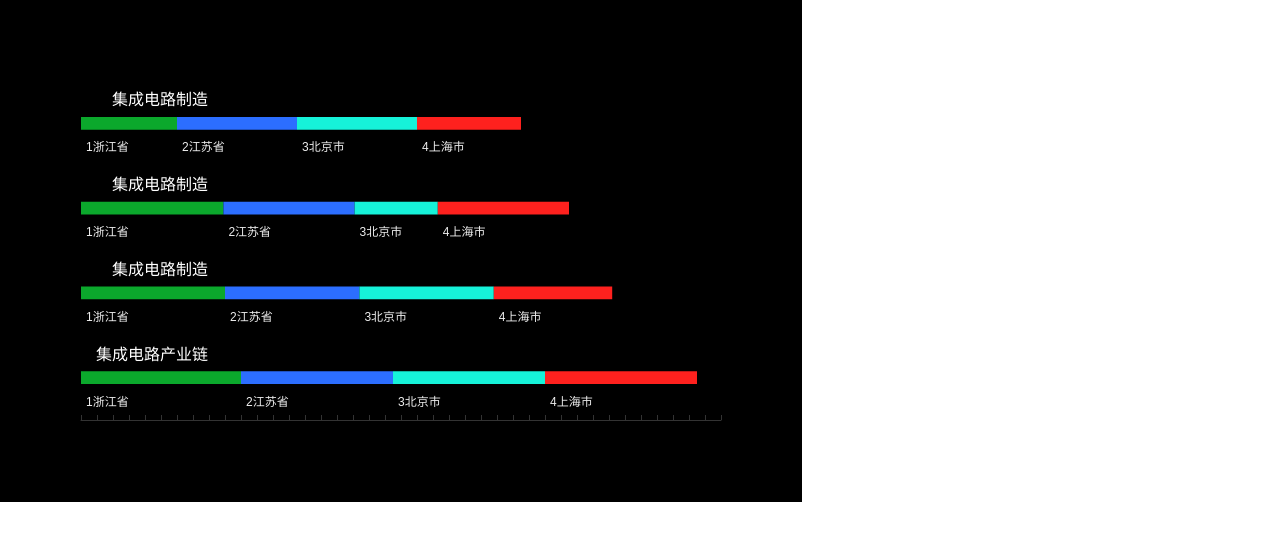
Repository: 572031690/echartproj
Page: /#/test
An editor plug-in stored every save of this project. The page is shown before and after a run of saves, followed by the edit.
The browser window is 1280 px wide. The pictures show the whole page.
The project was rebuilt for these pictures with package versions that can differ from the ones it lists, and the page was loaded fresh each time. Also part of the build but not shown: vue.config.js, src/components/Seller.vue, src/views/SellerPage.vue, src/utils/theme_utils.js, src/components/Trend.vue, src/views/TrendPage.vue, src/utils/map_utils.js, src/components/Map.vue and 9 more.

Above is the page before, as saved 2021-08-03 12:49:10.

### public/index.html
<!DOCTYPE html>
<html lang="en">
  <head>
    <meta charset="utf-8">
    <meta http-equiv="X-UA-Compatible" content="IE=edge">
    <meta name="viewport" content="width=device-width,initial-scale=1.0">
    <link rel="icon" href="<%= BASE_URL %>favicon.ico">
    <title><%= htmlWebpackPlugin.options.title %></title>
  </head>
  <body>
    <noscript>
      <strong>We're sorry but <%= htmlWebpackPlugin.options.title %> doesn't work properly without JavaScript enabled. Please enable it to continue.</strong>
    </noscript>
    <div id="app"></div>
    <!-- built files will be auto injected -->
    <!-- 一旦通过script标签引入的echarts.js的文件之后呢, window.echarts -->
    <script src="static/lib/echarts.min.js"></script>
    <!-- 引入主题的js文件 -->
    <script src="static/theme/chalk.js"></script>
    <script src="static/theme/vintage.js"></script>
  </body>
</html>

### src/main.js
import Vue from 'vue'
import App from './App.vue'
import router from './router'
import store from './store'
// 引入字体的文件
import './assets/font/iconfont.css'
// 引入全局的样式文件
import './assets/css/global.less'
import axios from 'axios'
import SocketService from './utils/socket_service'

// 调用socket **********
// import SocketService from '@/utils/socket_service'
// 对服务端进行webSocket连接 *********
// SocketService.Instance.connect()
// Vue.prototype.$socket = SocketService.Instance

// 请求基准路径的配置
axios.defaults.baseURL = 'http://127.0.0.1:8888/api/'
// 将axios挂载到Vue的原型对象上
// 在别的组件中 this.$http
Vue.prototype.$http = axios

// 将全局的echarts对象挂载到Vue的原型对象上
// 别的组件中 this.$echarts
Vue.prototype.$echarts = window.echarts

Vue.config.productionTip = false

new Vue({
  router,
  store,
  render: h => h(App)
}).$mount('#app')

### src/App.vue
<template>
  <div id="app">
    <!-- 路由占位符 -->
    <router-view></router-view>
  </div>
</template>

<style lang="less">

</style>

### src/router/index.js
import Vue from 'vue'
import VueRouter from 'vue-router'
import SellerPage from '@/views/SellerPage'
import TrendPage from '@/views/TrendPage'
import MapPage from '@/views/MapPage'
import RankPage from '@/views/RankPage'
import HotPage from '@/views/HotPage'
import StockPage from '@/views/StockPage'
import Test from '../components/Test.vue'
import ScreenPage from '@/views/ScreenPage'

Vue.use(VueRouter)

const routes = [
  {
    path: '/',
    redirect: '/screen'
  },
  {
    path: '/screen',
    component: ScreenPage
  },
  {
    path: '/sellerpage',
    component: SellerPage
  },
  {
    path: '/trendpage',
    component: TrendPage
  },
  {
    path: '/mappage',
    component: MapPage
  },
  {
    path: '/rankpage',
    component: RankPage
  },
  {
    path: '/hotpage',
    component: HotPage
  },
  {
    path: '/stockpage',
    component: StockPage
  },
  {
    path: '/test',
    component: Test
  }

]

const router = new VueRouter({
  routes
})

export default router

### src/store/index.js
import Vue from 'vue'
import Vuex from 'vuex'

Vue.use(Vuex)

export default new Vuex.Store({
  state: {
    theme: 'chalk'
  },
  mutations: {
    changeTheme (state) {
      if(state.theme === 'chalk'){
        state.theme = 'vintage'
      }else{
        state.theme = 'chalk'
      }
    }
  },
  actions: {
  },
  modules: {
  }
})

### src/assets/css/global.less
html, body, #app {
  width: 100%;
  height: 100%;
  padding: 0;
  margin: 0;
  overflow: hidden;
}

.com-page {
  width: 100%;
  height: 100%;
  overflow: hidden;
}

.com-container {
  width: 100%;
  height: 100%;
  overflow: hidden;
  position: relative;
}

.com-chart {
  width: 100%;
  height: 100%;
  overflow: hidden;
}

canvas {
  border-radius: 20px;
}

/*无法选中图片文字方法*/
span,div,img{
  user-select:none;
}

### src/utils/socket_service.js
export default class SocketService {
    // 单例的设计模式
    //如果别人通过get Instance 来的到我的实例对象 那我只会给他返回同一个实例对象
    static instance = null
    static get Instance() {
        if (!this.instance) {
            this.instance = new SocketService()
        }
        return this.instance
    }

    //和服务端连接的socket对象
    ws = null
    //存储回调函数
    callBackMapping = {}
    //定义连接服务器的方法
    connect() {
        //连接服务器
        if (!window.WebSocket) {
            return console.log('你的浏览器不支持WebSocket');
        }
        this.ws = new WebSocket('ws://localhost:9998')

        //连接服务端成功
        this.ws.onopen = () => {
            console.log('连接服务端成功');
        }
        //连接服务端失败
        this.ws.onclose = () => {
            console.log('连接服务端失败');
        }
        //得到服务端发送过来的数据
        this.ws.onmessage = msg => {
            console.log('从服务端获取数据');
            //得到的数据在msg的data里面
            // console.log(msg.data);
            const recvData = JSON.parse(msg.data)
            const socketType = recvData.socketType
            //判断回调函数是否存在
            if(this.callBackMapping[socketType]){
                const action = recvData.action
                if(action === 'getData') {
                    const realData = JSON.parse(recvData.data)
                    this.callBackMapping[socketType]
                }else if( action === 'fullScreen') {

                }else if(action === 'themeChange') {

                }
            }
        }
    }
    //回调函数的注册
    registerCallBack(socketType, callBack) {
        this.callBackMapping[socketType] = callBack
    }
    //取消某一个回调函数
    unRegisterCallBack(socketType) {
        this.callBackMapping[socketType] = null
    }

}

### src/components/Test.vue
<template>
  <div class="line-chart" ref="mybar">
    123
  </div>
</template>

<script>
export default {
  mounted() {
    this.getData()
    this.initChart()
  },
  data() {
    return {
      chartInstance: null,
      seriesData: [100, 120, 140, 90, 90, 80],
      barChart: {
        xAxisData: ['类别1', '类别2', '类别3', '类别4'],
        dataList: []
      },

      chartData1: [
        { rank: 1, name: '浙江省', value: 100 },
        { rank: 1, name: '江苏省', value: 90 },
        { rank: 1, name: '北京市', value: 89 },
        { rank: 1, name: '上海市', value: 60 }
      ],
      chartData2: [
        { rank: 2, name: '浙江省', value: 95 },
        { rank: 2, name: '江苏省', value: 84 },
        { rank: 2, name: '北京市', value: 82 },
        { rank: 2, name: '上海市', value: 75 }

      ],
      chartData3: [
        { rank: 3, name: '浙江省', value: 95 },
        { rank: 3, name: '江苏省', value: 84 },
        { rank: 3, name: '北京市', value: 52 },
        { rank: 3, name: '上海市', value: 75 }

      ],
      chartData4: [
        { rank: 4, name: '浙江省', value: 95 },
        { rank: 4, name: '江苏省', value: 74 },
        { rank: 4, name: '北京市', value: 82 },
        { rank: 4, name: '上海市', value: 65 }

      ],
      chartData5: [
        { rank: 5, name: '浙江省', value: 85.5 },
        { rank: 5, name: '江苏省', value: 44 },
        { rank: 5, name: '北京市', value: 72 },
        { rank: 5, name: '上海市', value: 75 }

      ],
      yAxisData: ['集成电路产业链', '集成电路制造', '集成电路制造', '集成电路制造']
    }
  },
  methods: {
    initChart() {
      const colorArr1 = [
        'rgba(11, 168, 44)',
        'rgba(44, 110, 255)',
        'rgba(22, 242, 217)',
        'rgba(254, 33, 30)',
        'rgba(250, 105, 0)'
      ]
      const ChartsData = [
        {
          name: '第一列',
          data: this.chartData1
        },
        {
          name: '第一列',
          data: this.chartData2
        },
        {
          name: '第一列',
          data: this.chartData3
        },
        {
          name: '第一列',
          data: this.chartData4
        },
        {
          name: '第一列',
          data: this.chartData5
        }
      ]
      var serises = ChartsData.map((item, index) => {
        if (item.data[index]) {
          return {
            name: item.data[index].name,
            stack: '类1',
            barWidth: '15%', // 宽度
            itemStyle: {
              color: arg => {
                return colorArr1[arg.componentIndex]
              },
              emphasis: { // 鼠标悬浮后的样式变化
                borderWidth: 5,
                borderType: 'solid',
                color: colorArr1[index],
                borderColor: colorArr1[index]
              }
            },
            data: [item.data[0].value, item.data[1].value, item.data[2].value, item.data[3].value],
            type: 'bar',
            label: {
              show: true,
              position: [5, 25],
              textStyle: {
                color: '#eee',
                fontSize: 12
              },
              fontWeight: 100, // 设置下面文字粗细
              formatter: arg => {
                return arg.seriesIndex + 1 + '' + item.data[index].name
              }
            }
          }
        }
      })
      // console.log(serises)
      const chartInstance = this.$echarts.init(this.$refs.mybar)
      const option = {
        tooltip: { // 设置鼠标悬浮提示框
          formatter: arg => {
            console.log(arg, '1111111111')
            return arg.seriesName + ' ' + arg.value
          },
          backgroundColor: '#343c55',
          borderColor: '#3c455a'
        },
        grid: [
          {
            top: 80,
            bottom: 81
          }
        ],
        xAxis: [
          {
            type: 'value',
            // gridIndex: 0,
            axisLabel: {
              // 刻度标签文字
              show: false
            },
            splitLine: {
              show: false
              // x轴横线

            },
            axisLine: {
              // 设置轴线
              show: true
            },
            axisTick: {
              show: true, // 是否显示坐标轴刻度。
              inside: true, // 让坐标轴刻度朝内 默认是false朝外
              length: 5 // 坐标轴刻度线的长度。
            },
            interval: 10 // 强制设置坐标轴刻度间隔值
          }
        ],
        yAxis: [
          {
            type: 'category',
            data: this.yAxisData,
            // gridIndex: 0, // x 轴所在的 grid 的索引，默认位于第一个 grid。
            axisLabel: {
              color: '#fff', // 刻度标签文字的颜色
              padding: [0, 0, 45, 0], // 设置轴文字上下偏移
              textStyle: {
                fontSize: 16
              }
            },
            offset: -135, // 设置x轴的偏移 -92是向上 但是得配合onZero: false,使用 不然负数不会生效
            axisLine: {
              onZero: false,
              // 设置轴线
              show: false
            },
            axisTick: {
              show: false // 是否显示坐标轴刻度。
            }
          }
        ],
        series: serises
      }
      chartInstance.setOption(option)
    },
    getData() {
      let sum = 0
      this.seriesData.forEach(item => (sum += item))
      const aver = sum / this.seriesData.length
      // console.log(aver)
      this.barChart.dataList[0] = this.seriesData.map(item => {
        if (item > aver) return item - aver
        else return 0
      })
      this.barChart.dataList[1] = this.seriesData.map(item => {
        if (item > aver) return aver
        else return item
      })
      // console.log(this.barChart.dataList)
    }
  }
}
</script>

<style>
.line-chart {
  width: 800px;
  height: 500px;
  border: 1px solid black;
  background: #000;
}
</style>

### public/static/theme/vintage.js
(function (root, factory) {
    if (typeof define === 'function' && define.amd) {
        // AMD. Register as an anonymous module.
        define(['exports', 'echarts'], factory);
    } else if (typeof exports === 'object' && typeof exports.nodeName !== 'string') {
        // CommonJS
        factory(exports, require('echarts'));
    } else {
        // Browser globals
        factory({}, root.echarts);
    }
}(this, function (exports, echarts) {
    var log = function (msg) {
        if (typeof console !== 'undefined') {
            console && console.error && console.error(msg);
        }
    };
    if (!echarts) {
        log('ECharts is not Loaded');
        return;
    }
    echarts.registerTheme('vintage', {
        "color": [
            '#0ba82c',
            '#2c6eff',
            '#16f2d9',
            '#fe211e',
            '#fa6900',
            "#eedd78",
            "#73a373",
            "#73b9bc",
            "#7289ab",
            "#91ca8c",
            "#f49f42"
        ],
        "backgroundColor": "#ffffff",
        "textStyle": {},
        "title": {
            "textStyle": {
                "color": "#333333"
            },
            "subtextStyle": {
                "color": "#aaa"
            }
        },
        "line": {
            "itemStyle": {
                "normal": {
                    "borderWidth": "4"
                }
            },
            "lineStyle": {
                "normal": {
                    "width": "3"
                }
            },
            "symbolSize": "0",
            "symbol": "circle",
            "smooth": true
        },
        "radar": {
            "itemStyle": {
                "normal": {
                    "borderWidth": 1
                }
            },
            "lineStyle": {
                "normal": {
                    "width": 2
                }
            },
            "symbolSize": 4,
            "symbol": "emptyCircle",
            "smooth": false
        },
        "bar": {
            "itemStyle": {
                "normal": {
                    "barBorderWidth": 0,
                    "barBorderColor": "#ccc"
                },
                "emphasis": {
                    "barBorderWidth": 0,
                    "barBorderColor": "#ccc"
                }
            }
        },
        "pie": {
            "itemStyle": {
                "normal": {
                    "borderWidth": 0,
                    "borderColor": "#ccc"
                },
                "emphasis": {
                    "borderWidth": 0,
                    "borderColor": "#ccc"
                }
            }
        },
        "scatter": {
            "itemStyle": {
                "normal": {
                    "borderWidth": 0,
                    "borderColor": "#ccc"
                },
                "emphasis": {
                    "borderWidth": 0,
                    "borderColor": "#ccc"
                }
            }
        },
        "boxplot": {
            "itemStyle": {
                "normal": {
                    "borderWidth": 0,
                    "borderColor": "#ccc"
                },
                "emphasis": {
                    "borderWidth": 0,
                    "borderColor": "#ccc"
                }
            }
        },
        "parallel": {
            "itemStyle": {
                "normal": {
                    "borderWidth": 0,
                    "borderColor": "#ccc"
                },
                "emphasis": {
                    "borderWidth": 0,
                    "borderColor": "#ccc"
                }
            }
        },
        "sankey": {
            "itemStyle": {
                "normal": {
                    "borderWidth": 0,
                    "borderColor": "#ccc"
                },
                "emphasis": {
                    "borderWidth": 0,
                    "borderColor": "#ccc"
                }
            }
        },
        "funnel": {
            "itemStyle": {
                "normal": {
                    "borderWidth": 0,
                    "borderColor": "#ccc"
                },
                "emphasis": {
                    "borderWidth": 0,
                    "borderColor": "#ccc"
                }
            }
        },
        "gauge": {
            "itemStyle": {
                "normal": {
                    "borderWidth": 0,
                    "borderColor": "#ccc"
                },
                "emphasis": {
                    "borderWidth": 0,
                    "borderColor": "#ccc"
                }
            }
        },
        "candlestick": {
            "itemStyle": {
                "normal": {
                    "color": "#c23531",
                    "color0": "#314656",
                    "borderColor": "#c23531",
                    "borderColor0": "#314656",
                    "borderWidth": 1
                }
            }
        },
        "graph": {
            "itemStyle": {
                "normal": {
                    "borderWidth": 0,
                    "borderColor": "#ccc"
                }
            },
            "lineStyle": {
                "normal": {
                    "width": 1,
                    "color": "#aaa"
                }
            },
            "symbolSize": 4,
            "symbol": "emptyCircle",
            "smooth": false,
            "color": [
                "#d87c7c",
                "#919e8b",
                "#d7ab82",
                "#6e7074",
                "#61a0a8",
                "#efa18d",
                "#787464",
                "#cc7e63",
                "#724e58",
                "#4b565b"
            ],
            "label": {
                "normal": {
                    "textStyle": {
                        "color": "#eee"
                    }
                }
            }
        },
        "map": {
            "itemStyle": {
                "normal": {
                    "areaColor": "#eeeeee",
                    "borderColor": "#444444",
                    "borderWidth": 0.5
                },
                "emphasis": {
                    "areaColor": "rgba(255,215,0,0.8)",
                    "borderColor": "#444444",
                    "borderWidth": 1
                }
            },
            "label": {
                "normal": {
                    "textStyle": {
                        "color": "#000000"
                    }
                },
                "emphasis": {
                    "textStyle": {
                        "color": "rgb(100,0,0)"
                    }
                }
            }
        },
        "geo": {
            "itemStyle": {
                "normal": {
                    "areaColor": "#eeeeee",
                    "borderColor": "#444444",
                    "borderWidth": 0.5
                },
                "emphasis": {
                    "areaColor": "rgba(255,215,0,0.8)",
                    "borderColor": "#444444",
                    "borderWidth": 1
                }
            },
            "label": {
                "normal": {
                    "textStyle": {
                        "color": "#000000"
                    }
                },
                "emphasis": {
                    "textStyle": {
                        "color": "rgb(100,0,0)"
                    }
                }
            }
        },
        "categoryAxis": {
            "axisLine": {
                "show": true,
                "lineStyle": {
                    "color": "#333"
                }
            },
            "axisTick": {
                "show": true,
                "lineStyle": {
                    "color": "#333"
                }
            },
            "axisLabel": {
                "show": true,
                "textStyle": {
                    "color": "#999"
                }
            },
            "splitLine": {
                "show": false,
                "lineStyle": {
                    "color": [
                        "#ccc"
                    ]
                }
            },
            "splitArea": {
                "show": false,
                "areaStyle": {
                    "color": [
                        "rgba(250,250,250,0.3)",
                        "rgba(200,200,200,0.3)"
                    ]
                }
            }
        },
        "valueAxis": {
            "axisLine": {
                "show": true,
                "lineStyle": {
                    "color": "#666666"
                }
            },
            "axisTick": {
                "show": false,
                "lineStyle": {
                    "color": "#333"
                }
            },
            "axisLabel": {
                "show": true,
                "textStyle": {
                    "color": "#aaaaaa"
                }
            },
            "splitLine": {
                "show": false,
                "lineStyle": {
                    "color": [
                        "#e6e6e6"
                    ]
                }
            },
            "splitArea": {
                "show": false,
                "areaStyle": {
                    "color": [
                        "rgba(250,250,250,0.05)",
                        "rgba(200,200,200,0.02)"
                    ]
                }
            }
        },
        "logAxis": {
            "axisLine": {
                "show": true,
                "lineStyle": {
                    "color": "#333"
                }
            },
            "axisTick": {
                "show": true,
                "lineStyle": {
                    "color": "#333"
                }
            },
            "axisLabel": {
                "show": true,
                "textStyle": {
                    "color": "#333"
                }
            },
            "splitLine": {
                "show": true,
                "lineStyle": {
                    "color": [
                        "#ccc"
                    ]
                }
            },
            "splitArea": {
                "show": false,
                "areaStyle": {
                    "color": [
                        "rgba(250,250,250,0.3)",
                        "rgba(200,200,200,0.3)"
                    ]
                }
            }
        },
        "timeAxis": {
            "axisLine": {
                "show": true,
                "lineStyle": {
                    "color": "#333"
                }
            },
            "axisTick": {
                "show": true,
                "lineStyle": {
                    "color": "#333"
                }
            },
            "axisLabel": {
                "show": true,
                "textStyle": {
                    "color": "#333"
                }
            },
            "splitLine": {
                "show": true,
                "lineStyle": {
                    "color": [
                        "#ccc"
                    ]
                }
            },
            "splitArea": {
                "show": false,
                "areaStyle": {
                    "color": [
                        "rgba(250,250,250,0.3)",
                        "rgba(200,200,200,0.3)"
                    ]
                }
            }
        },
        "toolbox": {
            "iconStyle": {
                "normal": {
                    "borderColor": "#999999"
                },
                "emphasis": {
                    "borderColor": "#666666"
                }
            }
        },
        "legend": {
            "textStyle": {
                "color": "#333333"
            }
        },
        "tooltip": {
            "axisPointer": {
                "lineStyle": {
                    "color": "#cccccc",
                    "width": 1
                },
                "crossStyle": {
                    "color": "#cccccc",
                    "width": 1
                }
            }
        },
        "timeline": {
            "lineStyle": {
                "color": "#293c55",
                "width": 1
            },
            "itemStyle": {
                "normal": {
                    "color": "#293c55",
                    "borderWidth": 1
                },
                "emphasis": {
                    "color": "#a9334c"
                }
            },
            "controlStyle": {
                "normal": {
                    "color": "#293c55",
                    "borderColor": "#293c55",
                    "borderWidth": 0.5
                },
                "emphasis": {
                    "color": "#293c55",
                    "borderColor": "#293c55",
                    "borderWidth": 0.5
                }
            },
            "checkpointStyle": {
                "color": "#e43c59",
                "borderColor": "rgba(194,53,49,0.5)"
            },
            "label": {
                "normal": {
                    "textStyle": {
                        "color": "#293c55"
                    }
                },
                "emphasis": {
                    "textStyle": {
                        "color": "#293c55"
                    }
                }
            }
        },
        "visualMap": {
            "color": [
                "#bf444c",
                "#d88273",
                "#f6efa6"
            ]
        },
        "dataZoom": {
            "backgroundColor": "rgba(47,69,84,0)",
            "dataBackgroundColor": "rgba(47,69,84,0.3)",
            "fillerColor": "rgba(167,183,204,0.4)",
            "handleColor": "#a7b7cc",
            "handleSize": "100%",
            "textStyle": {
                "color": "#333333"
            }
        },
        "markPoint": {
            "label": {
                "normal": {
                    "textStyle": {
                        "color": "#eee"
                    }
                },
                "emphasis": {
                    "textStyle": {
                        "color": "#eee"
                    }
                }
            }
        }
    });
}));

Loaded but not shown: src/assets/font/iconfont.css (common file); public/static/lib/echarts.min.js (library); public/static/theme/chalk.js (521 lines, source omitted)

After the next 2 saves:
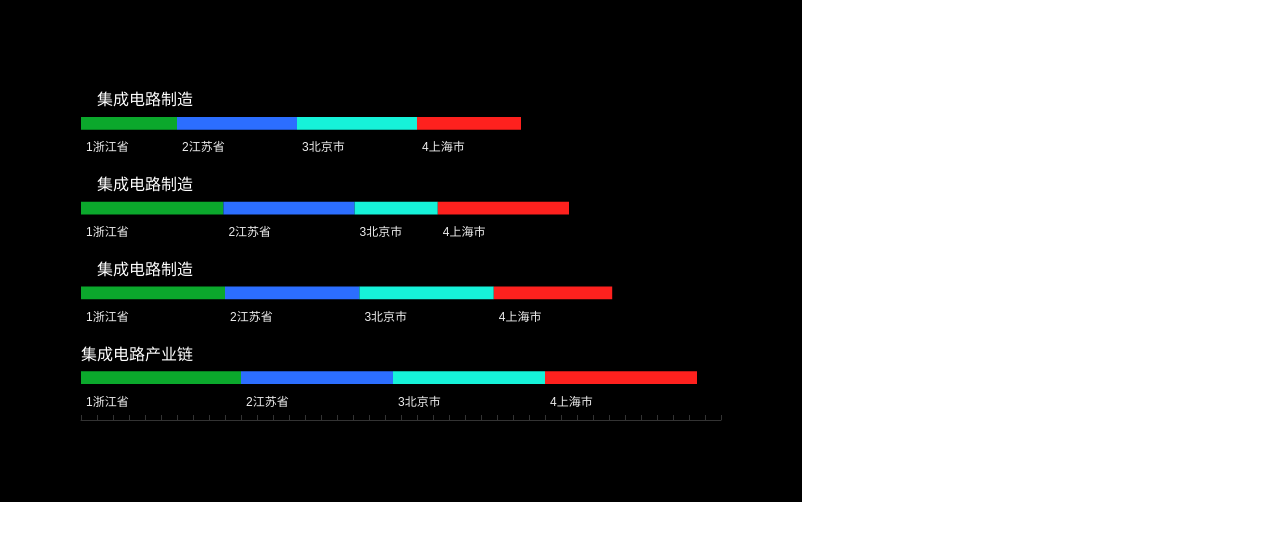
The 2 saves are shown as one change because they came seconds apart.
The last was saved 11 s later.
--- a/src/components/Test.vue
+++ b/src/components/Test.vue
@@ -175,7 +175,7 @@ export default {
                 fontSize: 16
               }
             },
-            offset: -135, // 设置x轴的偏移 -92是向上 但是得配合onZero: false,使用 不然负数不会生效
+            offset: -120, // 设置x轴的偏移 -92是向上 但是得配合onZero: false,使用 不然负数不会生效
             axisLine: {
               onZero: false,
               // 设置轴线
